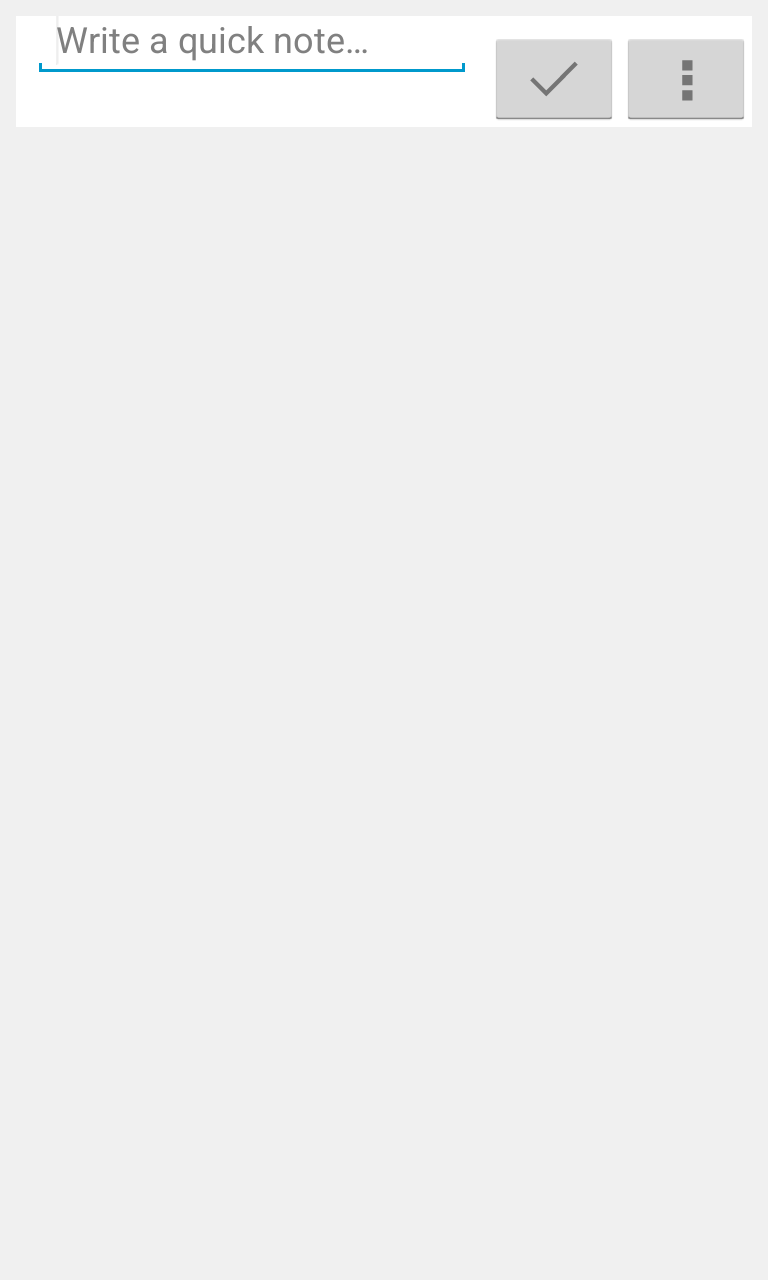
Repository: IrisAmp/fuzzy-octo-cmput301-proj
Layout: 301NotePrime/res/layout/activity_main.xml
An editor plug-in stored every save of this project. The layout is shown before and after the next save, followed by the edit.
It is drawn on a 768 x 1280 px phone screen (xhdpi) without system bars, with theme AppTheme; the app's code is not run. Lists and similar views that code fills are empty.

Above is the layout before, as saved 2014-09-17 15:06:03.

After the next save:
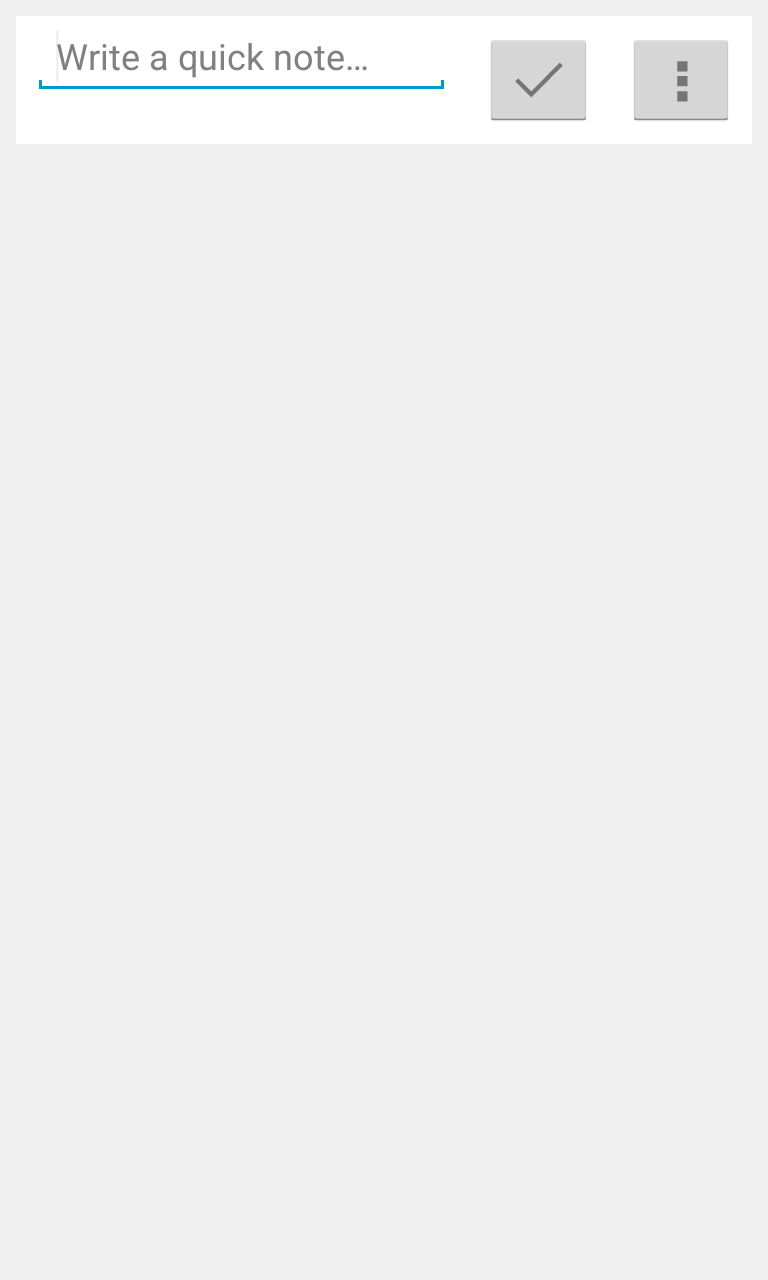
Saved 15 s later.
--- a/301NotePrime/res/layout/activity_main.xml
+++ b/301NotePrime/res/layout/activity_main.xml
@@ -37,6 +37,7 @@
             android:layout_height="wrap_content"
             android:layout_weight="1"
             android:layout_gravity="bottom"
+            android:layout_margin="@dimen/activity_vertical_less_margin"
             android:src="@drawable/ic_action_accept" />
 
         <ImageButton
@@ -46,6 +47,7 @@
             android:layout_height="wrap_content"
             android:layout_weight="1"
             android:layout_gravity="bottom"
+            android:layout_margin="@dimen/activity_vertical_less_margin"
             android:src="@drawable/ic_action_overflow" />
 
     </LinearLayout>
